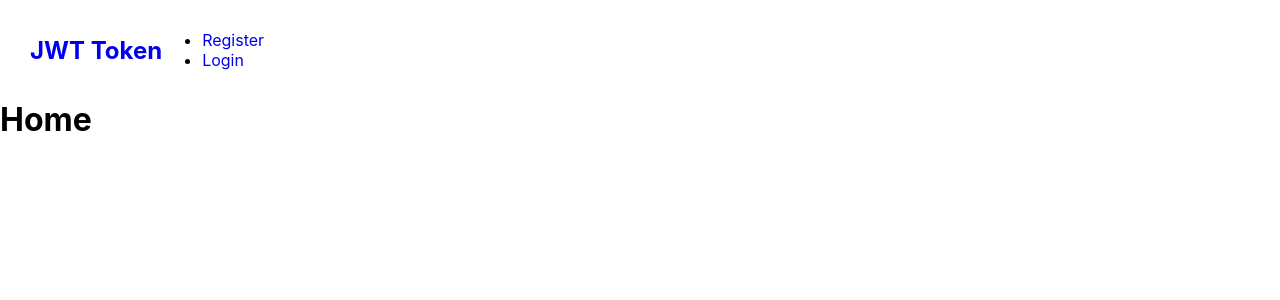
Repository: Prafullkuma/jwttoken
Page: /
The author's editor kept a copy of each file at every save. The page is drawn from the files as they stood at one save, then again after the next save.
The browser window is 1280 px wide. The pictures show the whole page.
The project was rebuilt for these pictures with package versions that can differ from the ones it lists, and the page was loaded fresh each time. Also part of the build but not shown: src/App.css, src/component/Auth/Signup.js, src/component/Auth/Signin.js, src/component/User/User.js, src/component/Admin/Dashboard.js.

Above is the page before, as saved 2020-08-22 20:59:33.

After the next save:
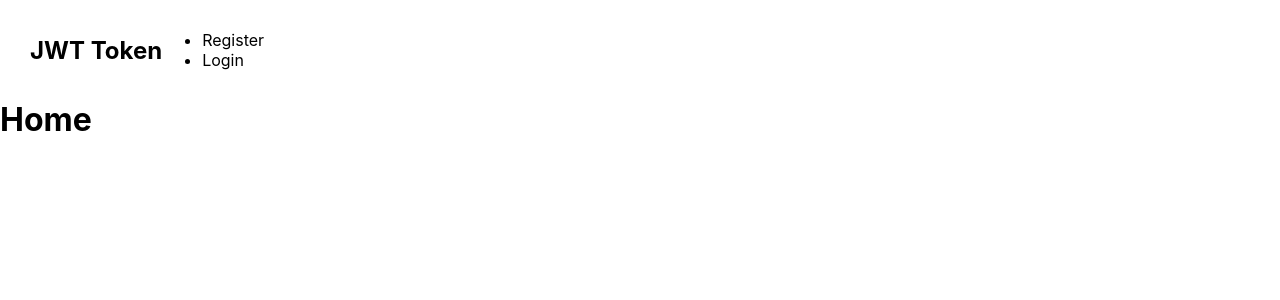
Saved 21 s later.
--- a/src/component/Navbar.css
+++ b/src/component/Navbar.css
@@ -4,10 +4,11 @@ align-items: center;
 padding: 30px;
 }
 .Nav h1{
-    color:black
 }
 .Nav a{
     text-decoration: none;
+
+    color:black
 }
 .navbar-items{
     display: flex;
